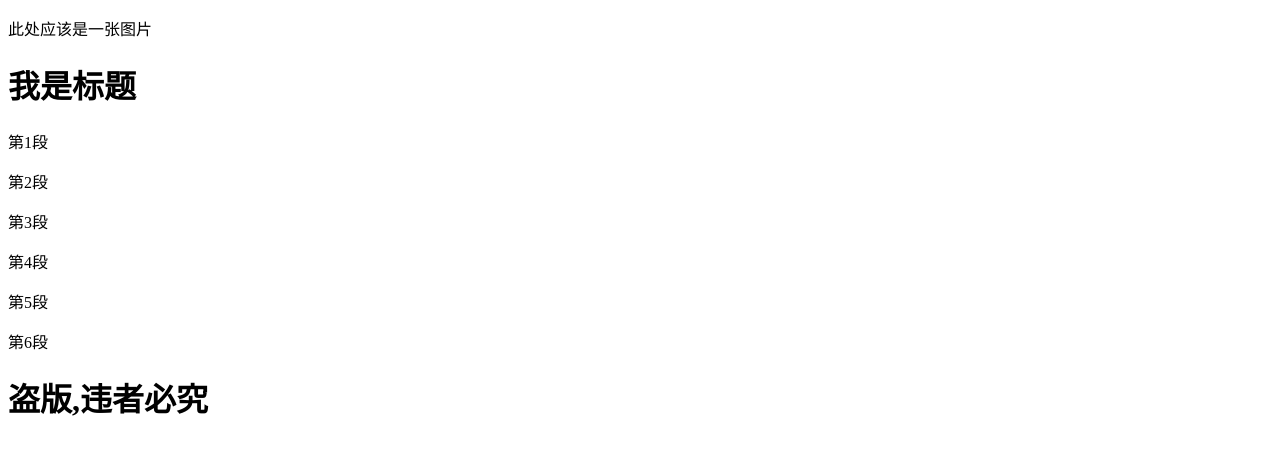
Repository: LYC-Android/JavaWebProject
Page: WebBasic/src/main/webapp/day01/demo4.html
The author's editor kept a copy of each file at every save. The page is drawn from the files as they stood at one save, then again after the next save.
The browser window is 1280 px wide. The pictures show the whole page.

Above is the page before, as saved 2017-08-31 09:34:01.

After the next save:
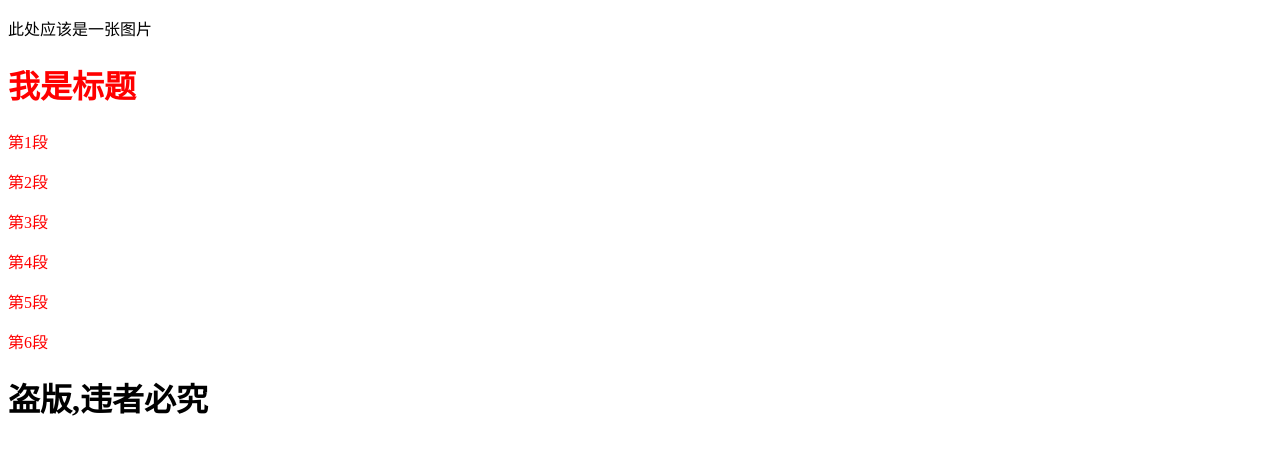
Saved 16 s later.
--- a/WebBasic/src/main/webapp/day01/demo4.html
+++ b/WebBasic/src/main/webapp/day01/demo4.html
@@ -11,7 +11,7 @@
 	</div>
 	<!-- 内容区 -->
 
-	<div>
+	<div style="color:red;">
 		<h1>我是标题</h1>
 		<p>第1段</p>
 		<p>第2段</p>

After the save that followed:
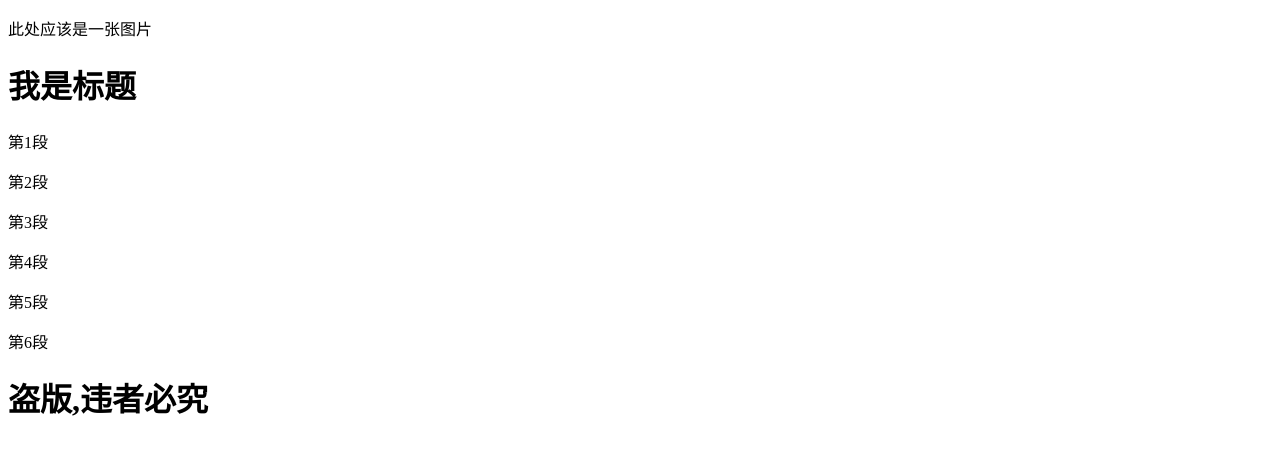
Saved 4 s later.
--- a/WebBasic/src/main/webapp/day01/demo4.html
+++ b/WebBasic/src/main/webapp/day01/demo4.html
@@ -11,7 +11,7 @@
 	</div>
 	<!-- 内容区 -->
 
-	<div style="color:red;">
+	<div style="color=red;">
 		<h1>我是标题</h1>
 		<p>第1段</p>
 		<p>第2段</p>
